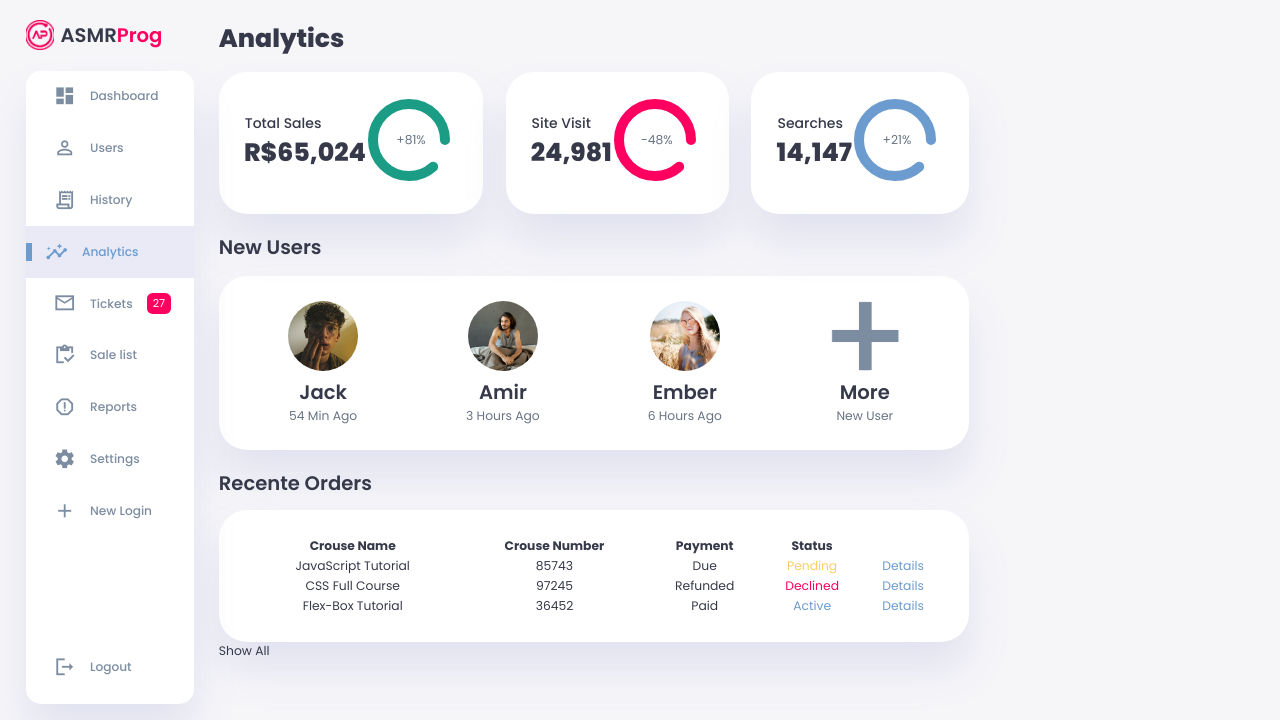
Repository: pheonix5/ProjetosRN-linux
Page: DashBoard/index.html
The author's editor kept a copy of each file at every save. The page is drawn from the files as they stood at one save, then again after the next save.
The browser window is 1280 px wide. The pictures show the whole page.

Above is the page before, as saved 2023-08-06 02:32:10.

### DashBoard/index.html
<!DOCTYPE html>
<html lang="pt-br">

<head>
  <meta charset="UTF-8">
  <meta name="viewport" content="width=device-width, initial-scale=1.0">
  <link href="https://fonts.googleapis.com/icon?family=Material+Icons+Sharp" rel="stylesheet">
  <link rel="stylesheet" href="style.css">
  <title>Responsive Dashboard Design #1</title>
</head>

<body>

  <div class="container">
    <!-- Siderbar Section -->
    <aside>
      <div class="toggle">
        <div class="logo">
          <img src="images/logo.png">
          <h2>ASMR<span class="danger">Prog</span></h2>
        </div>
        <div class="close" id="close-btn">
          <span class="material-icons-sharp">
            close
          </span>
        </div>
      </div>

      <div class="sidebar">
        <a href="#">
          <span class="material-icons-sharp">
            dashboard
          </span>
          <h3>Dashboard</h3>
        </a>
        <a href="#">
          <span class="material-icons-sharp">
            person_outline
          </span>
          <h3>Users</h3>
        </a>
        <a href="#">
          <span class="material-icons-sharp">
            receipt_long
          </span>
          <h3>History</h3>
        </a>
        <a href="#" class="active">
          <span class="material-icons-sharp">
            insights
          </span>
          <h3>Analytics</h3>
        </a>
        <a href="#">
          <span class="material-icons-sharp">
            mail_outline
          </span>
          <h3>Tickets</h3>
          <span class="message_count">27</span>
        </a>
        <a href="#">
          <span class="material-icons-sharp">
            inventory
          </span>
          <h3>Sale list</h3>
        </a>
        <a href="#">
          <span class="material-icons-sharp">
            report_gmailerrorred
          </span>
          <h3>Reports</h3>
        </a>
        <a href="#">
          <span class="material-icons-sharp">
            settings
          </span>
          <h3>Settings</h3>
        </a>
        <a href="#">
          <span class="material-icons-sharp">
            add
          </span>
          <h3>New Login</h3>
        </a>
        <a href="#">
          <span class="material-icons-sharp">
            logout
          </span>
          <h3>Logout</h3>
        </a>
      </div>
    </aside>
    <!-- Fim da Seção do Sidebar-->

    <!-- Main Content-->
    <main>
      <h1>Analytics</h1>
      <!-- Analyses -->
      <div class="analyse">
        <div class="sales">
          <div class="status">
            <div class="info">
              <h3>Total Sales</h3>
              <h1>R$65,024</h1>
            </div>
            <div class="progresss">
              <svg>
                <circle cx="38" cy="38" r="36"></circle>
              </svg>
              <div class="percentage">
                <p>+81%</p>
              </div>
            </div>
          </div>
        </div>

        <div class="visits">
          <div class="status">
            <div class="info">
              <h3>Site Visit</h3>
              <h1>24,981</h1>
            </div>
            <div class="progresss">
              <svg>
                <circle cx="38" cy="38" r="36"></circle>
              </svg>
              <div class="percentage">
                <p>-48%</p>
              </div>
            </div>
          </div>
        </div>

        <div class="searches">
          <div class="status">
            <div class="info">
              <h3>Searches</h3>
              <h1>14,147</h1>
            </div>
            <div class="progresss">
              <svg>
                <circle cx="38" cy="38" r="36"></circle>
              </svg>
              <div class="percentage">
                <p>+21%</p>
              </div>
            </div>
          </div>
        </div>
      </div>
      <!-- End Of Analyses -->

      <!--  New Users Section -->
      <div class="new-users">
        <h2>New Users</h2>
        <div class="user-list">
          <div class="user">
            <img src="images/profile-2.jpg">
            <h2>Jack</h2>
            <p>54 Min Ago</p>
          </div>
          <div class="user">
            <img src="images/profile-3.jpg">
            <h2>Amir</h2>
            <p>3 Hours Ago</p>
          </div>
          <div class="user">
            <img src="images/profile-4.jpg">
            <h2>Ember</h2>
            <p>6 Hours Ago</p>
          </div>
          <div class="user">
            <img src="images/plus.png">
            <h2>More</h2>
            <p>New User</p>
          </div>
        </div>
      </div>
      <!-- End of New Users Section -->


      <!-- Recente Orders Table -->
      <div class="recent-orders">
        <h2>Recente Orders</h2>
        <table>
          <thead>
            <tr>
              <th>Crouse Name</th>
              <th>Crouse Number</th>
              <th>Payment</th>
              <th>Status</th>
              <th></th>
            </tr>
          </thead>
          <tbody>

          </tbody>
        </table>
        <a href="#">Show All</a>
      </div>
      <!-- End of Recent Orders -->

    </main>


  </div>

  <script src="orders.js"></script>
  <script src="index.js"></script>
</body>

</html>

### DashBoard/style.css
@import url('https://fonts.googleapis.com/css2?family=Barlow:ital,wght@0,100;0,200;0,300;0,400;0,500;0,600;0,700;0,800;0,900;1,100;1,200;1,300;1,400;1,500;1,600;1,700;1,800;1,900&family=Poppins:wght@300;400;500;600;700;800&display=swap');

:root{
  --color-primary: #6C9BCF;
    --color-danger: #FF0060;
    --color-success: #1B9C85;
    --color-warning: #F7D060;
    --color-white: #fff;
    --color-info-dark: #7d8da1;
    --color-dark: #363949;
    --color-light: rgba(132, 139, 200, 0.18);
    --color-dark-variant: #677483;
    --color-background: #f6f6f9;

    --card-border-radius: 2rem;
    --border-radius-1: 0.4rem;
    --border-radius-2: 1.2rem;

    --card-padding: 1.8rem;
    --padding-1: 1.2rem;

    --box-shadow: 0 2rem 3rem var(--color-light);
}

.dark-mode-variables{
  --color-background: #181a1e;
    --color-white: #202528;
    --color-dark: #edeffd;
    --color-dark-variant: #a3bdcc;
    --color-light: rgba(0, 0, 0, 0.4);
    --box-shadow: 0 2rem 3rem var(--color-light);
}

*{
  margin: 0;
  padding: 0;
  outline: 0;
  appearance: 0;
  border: 0;
  text-decoration: none;
  box-sizing: border-box;
}

html{
  font-size: 14px;
}

body{
  width: 100vw;
  height: 100vh;
  font-family: 'Poppins', sans-serif;
  font-size: 0.88rem;
  user-select: none;
  overflow-x: hidden;
  color: var(--color-dark);
  background-color: var(--color-background);
}

a{
  color: var(--color-dark);
}

img{
  display: block;
  width: 100%;
  object-fit: cover;
}

h1{
  font-weight: 800;
  font-size: 1.8rem;
}

h2{
  font-weight: 600;
  font-size: 1.4rem;
}

h3{
  font-weight: 500;
  font-size: 0.87rem;
}

small{
  font-size: 0.76rem;
}

p{
  color: var(--color-dark-variant);
}

b{
  color: var(--color-dark);
}

.text-muted{
  color: var(--color-info-dark);
}

.primary{
  color: var(--color-primary);
}

.danger{
  color: var(--color-danger);
}

.sucess{
  color: var(--color-success);
}

.warning{
  color: var(--color-warning);
}

.container{
  display: grid;
  width: 96%;
  margin: 0 auto;
  gap: 1.8rem;
  grid-template-columns: 12rem auto 23rem;
}

aside{
  height: 100vh;
}

aside .toggle{
  display: flex;
  align-items: center;
  justify-content: space-between;
  margin-top: 1.4rem;
}

aside .toggle .logo{
  display: flex;
  gap: 0.5rem;
}

aside .toggle .logo img{
  width: 2rem;
  width: 2rem;
}

aside .toggle .close{
  padding-right: 1rem;
  display: none;
}

aside .sidebar{
  display: flex;
  flex-direction: column;
  background-color: var(--color-white);
  box-shadow: var(--box-shadow);
  border-radius: 15px;
  height: 88vh;
  position: relative;
  top: 1.5rem;
  transition: all 0.3s ease;
}

aside .sidebar:hover{
  box-shadow: none;
}

aside .sidebar a{
  display: flex;
  align-items: center;
  color:  var(--color-info-dark);
  height: 3.7rem;
  gap: 1rem;
  position: relative;
  margin-left: 2rem;
  transition: all 0.3s ease;
}

aside .sidebar a span{
  font-size: 1.6rem;
  transition: all 0.3s ease;
}

aside .sidebar a:last-child{
  position: absolute;
  bottom: 0.8rem;
  width: 100%;
}

aside .sidebar a.active{
  width: 100%;
  color: var(--color-primary);
  background-color: var(--color-light);
  margin-left: 0;
}

aside .sidebar a.active::before{
  content: '';
  width: 6px;
  height: 18px;
  background-color: var(--color-primary);
}

aside .sidebar a.active span{
  color: var(--color-primary);
  margin-left: calc(1rem -3px);
}

aside .sidebar a:hover{
  color: var(--color-primary);
}

aside .sidebar a:hover span{
  margin-left: 0.6rem;
}

aside .sidebar .message_count{
  background-color: var(--color-danger);
  padding: 2px 6px;
  color: var(--color-white);
  font-size: 11px;
  border-radius: var(--border-radius-1);
}

main{
  margin-top: 1.4rem;
}

main .analyse{
  display: grid;
  grid-template-columns: repeat(3, 1fr);
  gap: 1.6rem;
}

main .analyse > div{
  background-color: var(--color-white);
  padding: var(--card-padding);
  border-radius: var(--card-border-radius);
  margin-top: 1rem;
  box-shadow: var(--box-shadow);
  cursor: pointer;
  transition: all 0.3s ease;
}

main .analyse > div:hover{
  box-shadow: none;
}

main .analyse > div .status{
  display: flex;
  align-items: center;
  justify-content: space-between;
}


main .analyse h3{
  margin-left: .06rem;
  font-size: 1rem;
}

main .analyse .progresss{
  position: relative;
  width: 92px;
  height: 92px;
  border-radius: 50%;
}

main .analyse svg{
  width: 7rem;
  height: 7rem;
}

main .analyse svg circle{
  fill: none;
  stroke-width: 10;
  stroke-linecap: round;
  transform: translate(5px, 5px);
}

main .analyse .sales svg circle{
  stroke: var(--color-success);
  stroke-dashoffset: -30;
  stroke-dasharray: 200;
}

main .analyse .visits svg circle{
  stroke: var(--color-danger);
  stroke-dashoffset: -30;
  stroke-dasharray: 200;
}

main .analyse .searches svg circle{
  stroke: var(--color-primary);
  stroke-dashoffset: -30;
  stroke-dasharray: 200;
}

main .analyse .progresss .percentage{
  position: absolute;
  top: -3px;
  left: -1px;
  display: flex;
  align-items: center;
  justify-content: center;
  height: 100%;
  width: 100%;
}

main .new-users{
  margin-top: 1.3rem;
}

main .new-users .user-list{
  background-color: var(--color-white);
  padding: var(--card-padding);
  border-radius: var(--card-border-radius);
  margin-top: 1rem;
  box-shadow: var(--box-shadow);
  display: flex;
  justify-content: space-around;
  flex-wrap: wrap;
  gap: 1.4rem;
  transition: all 0.3s ease;
}

main .new-users .user-list:hover{
  box-shadow: none;
}

main .new-users .user-list .user{
  display: flex;
  flex-direction: column;
  align-items: center;
  justify-content: center;
}

main .new-users .user-list .user img{
  width: 5rem;
  height: 5rem;
  margin-bottom: 0.4rem;
  border-radius: 50%;
}

main .recent-orders{
  margin-top: 1.3rem;
}

main .recent-orders h2{
  margin-bottom: 0.8rem;
}

main .recent-orders table{
  background-color: var(--color-white);
  width: 100%;
  padding: var(--card-padding);
  text-align: center;
  box-shadow: var(--box-shadow);
  border-radius: var(--card-border-radius);
  transition: all 0.3s ease;
}

main .recent-orders table:hover{
  box-shadow: none;
}

### DashBoard/orders.js
const Orders = [
  {
    productName: 'JavaScript Tutorial',
    productNumber: '85743',
    paymentStatus: 'Due',
    status: 'Pending'
  },
  {
    productName: 'CSS Full Course',
    productNumber: '97245',
    paymentStatus: 'Refunded',
    status: 'Declined'
  },
  {
    productName: 'Flex-Box Tutorial',
    productNumber: '36452',
    paymentStatus: 'Paid',
    status: 'Active'
  },
]

### DashBoard/index.js
Orders.forEach(order => {
  const tr = document.createElement('tr');
  const trContent = `
    <td>${order.productName}</td>
    <td>${order.productNumber}</td>
    <td>${order.paymentStatus}</td>
    <td class="${order.status === 'Declined' ? 'danger' : order.status === 'Pending' ? 'warning' : 'primary'}">${order.status}</td>
    <td class="primary">Details</td>
  ` ;
  tr.innerHTML = trContent;
  document.querySelector('table tbody').appendChild(tr)
})

After the next save:
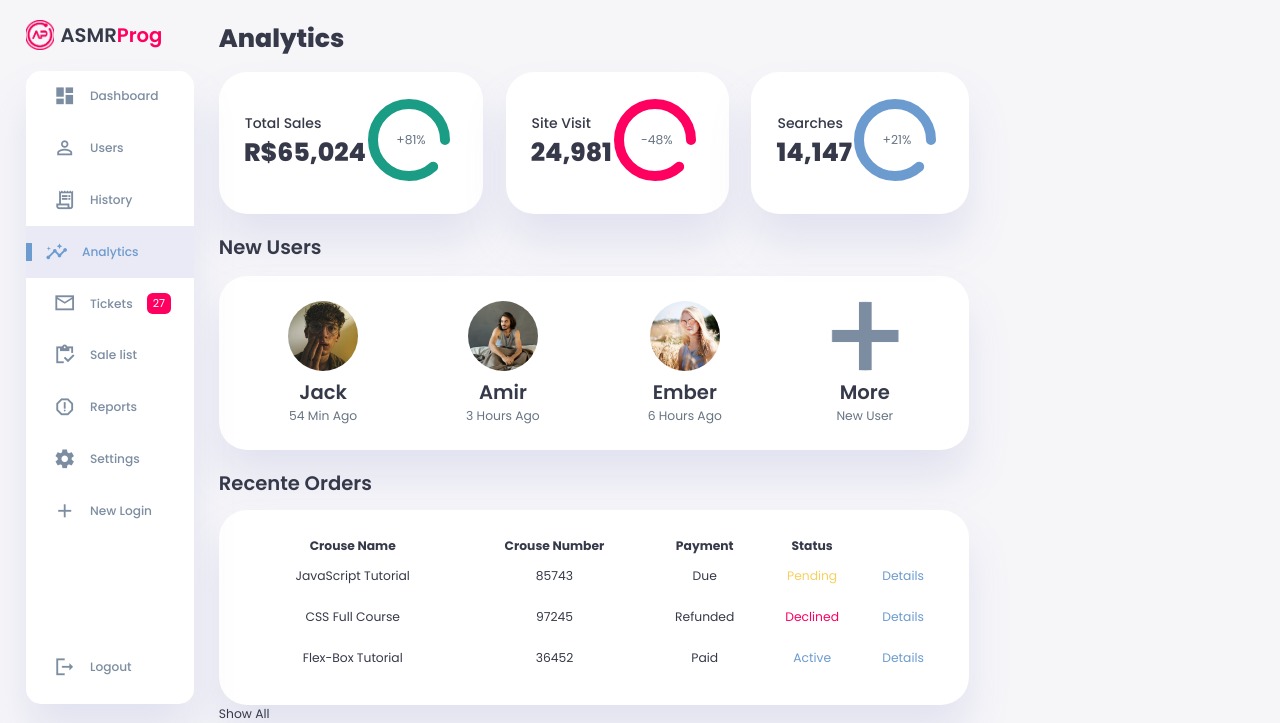
Saved 49 s later.
--- a/DashBoard/style.css
+++ b/DashBoard/style.css
@@ -360,3 +360,8 @@ main .recent-orders table{
 main .recent-orders table:hover{
   box-shadow: none;
 }
+
+main table tbody td{
+  height: 2.8rem;
+  border-bottom: 1px solid var(--color-white);
+}
